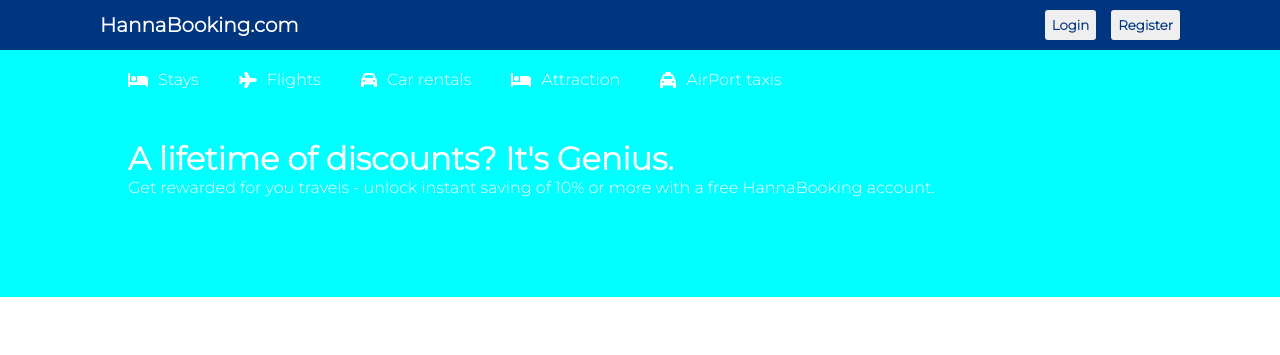
Repository: truongnguyenuit/BookingWebApp
Page: /
The author's editor kept a copy of each file at every save. The page is drawn from the files as they stood at one save, then again after a run of saves.
The browser window is 1280 px wide. The pictures show the whole page.
The project was rebuilt for these pictures with package versions that can differ from the ones it lists, and the page was loaded fresh each time.

Above is the page before, as saved 2022-05-26 15:36:49.

### public/index.html
<!DOCTYPE html>
<html lang="en">
  <head>
    <meta charset="utf-8" />
    <meta name="viewport" content="width=device-width, initial-scale=1" />
    <meta
      name="description"
      content="Web site created using create-react-app"
    />
    <link
      href="https://fonts.googleapis.com/css2?family=Montserrat:wght@300&display=swap"
      rel="stylesheet"
    >
    <style>
      *{
        font-family: 'Montserrat', sans-serif;
        margin: 0;
      }
    </style>

    <title>HannaBooking</title>
  </head>
  <body>
    <noscript>You need to enable JavaScript to run this app.</noscript>
    <div id="root"></div>
  </body>
</html>

### src/App.js
import Home from "./pages/home/Home";
function App() {
  return (
    <Home />
  );
}

export default App;

### src/pages/home/Home.jsx
import React from 'react'
import Header from '../../components/header/Header';
import Navbar from '../../components/navbar/Navbar';
const Home = () => {
  return (
    <div>
      <Navbar />
      <Header />
    </div>
  )
}
export default Home;

### src/components/header/Header.jsx
import {
    faBed,
    faCalendarDays,
    faCar,
    faPerson,
    faPlane,
    faTaxi,
} from "@fortawesome/free-solid-svg-icons";
import { FontAwesomeIcon } from "@fortawesome/react-fontawesome";
import "./header.css";
// import { DateRange } from "react-date-range";
import { useState } from "react";
// import "react-date-range/dist/styles.css"; // main css file
// import "react-date-range/dist/theme/default.css"; // theme css file
// import { format } from "date-fns";
import { useNavigate } from "react-router-dom";
const Header = ({ type }) => {
    const [destination, setDestination] = useState("");
    const [openDate, setOpenDate] = useState(false);
    const [date, setDate] = useState([
        {
            startDate: new Date(),
            endDate: new Date(),
            key: "selection",
        }
    ]);
    const [openOptions, setOpenOptions] = useState(false);
    const [options, setOptions] = useState({
        adult: 1,
        children: 0,
        room: 1,
    });

    //const navigate = useNavigate();
    return (
        <div className="header">
            <div className="headerContainer">
                <div className="headerList">
                    <div className="headerListItem">
                        <FontAwesomeIcon icon={faBed} />
                        <span>Stays</span>
                    </div>
                    <div className="headerListItem">
                        <FontAwesomeIcon icon={faPlane} />
                        <span>Flights</span>
                    </div>
                    <div className="headerListItem">
                        <FontAwesomeIcon icon={faCar} />
                        <span>Car rentals</span>
                    </div>
                    <div className="headerListItem">
                        <FontAwesomeIcon icon={faBed} />
                        <span>Attraction</span>
                    </div>
                    <div className="headerListItem">
                        <FontAwesomeIcon icon={faTaxi} />
                        <span>AirPort taxis</span>
                    </div>
                </div>
                <>
                    <h1 className="HeaderTitle">
                        A lifetime of discounts? It's Genius.
                    </h1>
                    <p className="headerDesc">
                        Get rewarded for you travels - unlock instant saving of 10% or
                        more with a free HannaBooking account.
                    </p>
                </>
            </div>
        </div>
    )
}
export default Header;

### src/components/navbar/Navbar.jsx
import React from 'react'
import "./navbar.css"
const Navbar = () => {
  return (
    <div className="navbar">
      <div className="navContainer">
        <span className="logo">HannaBooking.com</span>
        <div className="navItems">
          <button className="navButton">Login</button>
          <button className="navButton">Register</button>
        </div>
      </div>
    </div>
  )
}
export default Navbar;

### src/components/header/header.css
.header {
    background-color:aqua;
    color: white;
    display: flex;
    justify-content: center;
    position: relative;
}
.headerContainer {
    width:  100%;
    max-width: 1024px;
    margin: 20px 0px 100px 0px;
}
.headerList {
    display: flex;
    gap: 40px;
    margin-bottom: 50px;
}
.headerListItem {
    display: flex;
    align-items: center;
    gap: 10px;
}

### src/components/navbar/navbar.css
.navbar {
    height: 50px;
    background-color: #003580;
    display: flex;
    justify-content: center;
}
.navContainer {
    width: 100%;
    display: flex;
    justify-content: space-between;
    align-items: center;
    padding-left: 100px;
    padding-right: 100px;
}
.logo {
    font-weight: bold;
    font-size:20px ;
    color: white;
}
/* .navItems {
    width: 10.5%;
    display: flex;
    justify-content: space-between;
} */
.navButton {
    padding: 7px;
    border: none;
    border-radius: 3px;
    font-weight: bold;
    color: #003580;
    margin-left: 15px;
}

Loaded but not shown: src/index.js (common file)

After the next 2 saves:
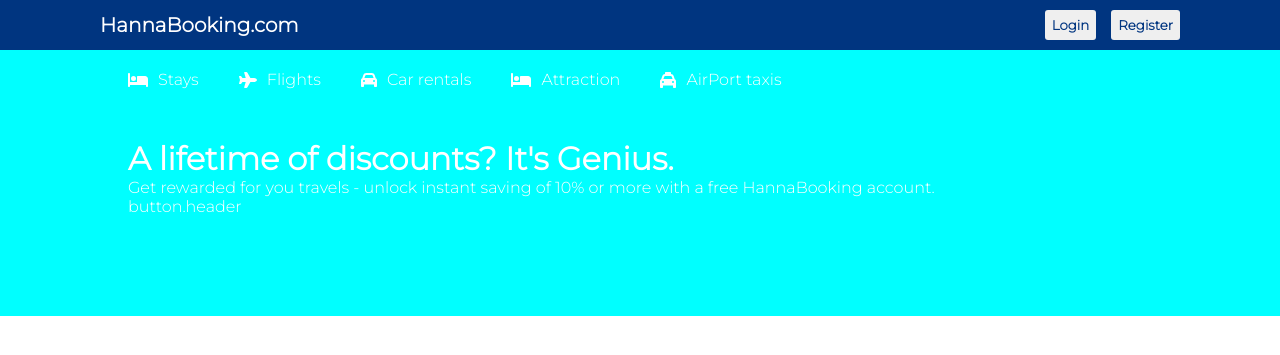
The 2 saves are shown as one change because they came seconds apart.
The last was saved 77 s later.
--- a/src/components/header/Header.jsx
+++ b/src/components/header/Header.jsx
@@ -65,6 +65,7 @@ const Header = ({ type }) => {
                         Get rewarded for you travels - unlock instant saving of 10% or
                         more with a free HannaBooking account.
                     </p>
+                    button.header
                 </>
             </div>
         </div>
